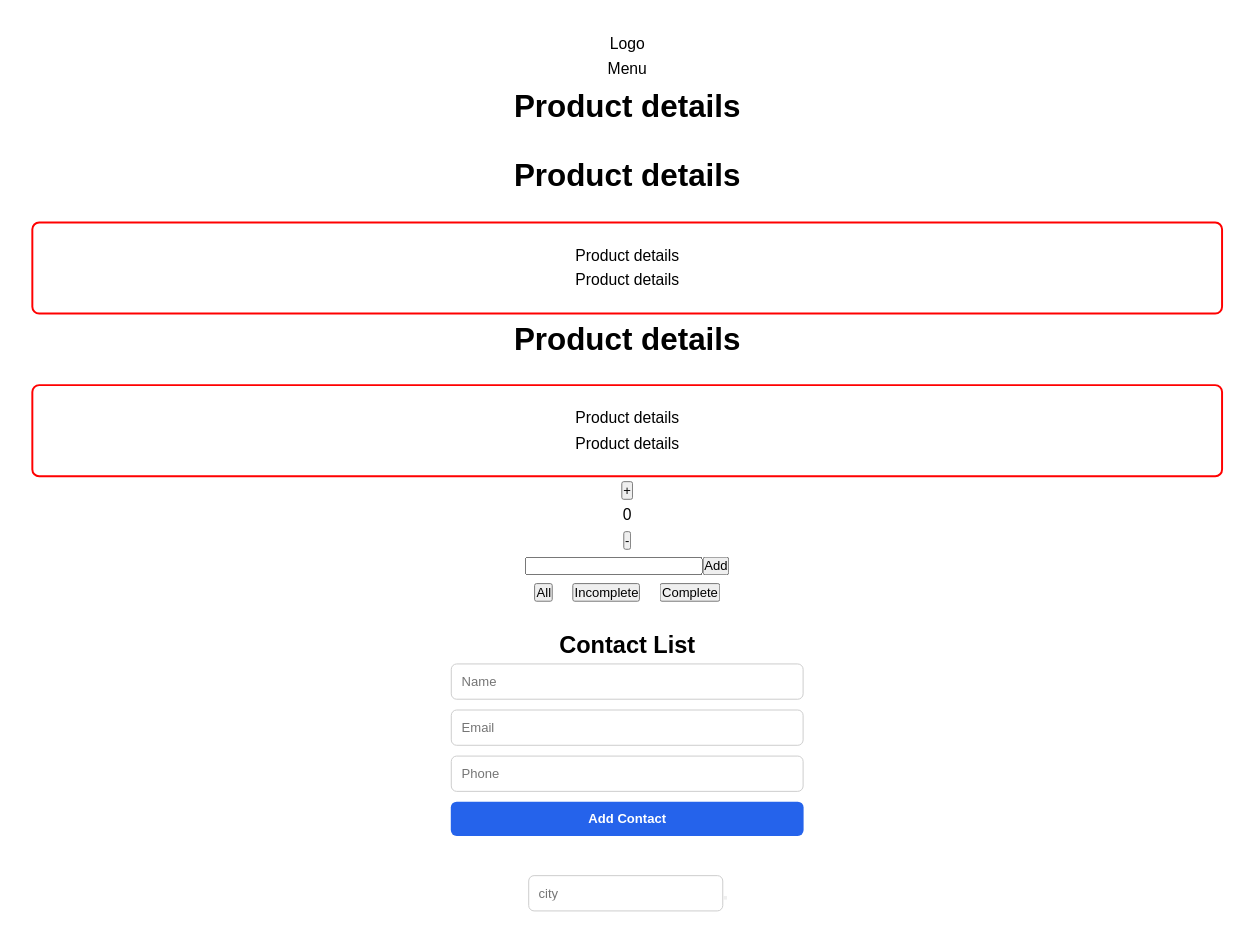
Repository: Manny1294/react-learning
Page: /
An editor plug-in stored every save of this project. The page is shown before and after the next save, followed by the edit.
The browser window is 1280 px wide. The pictures show the whole page, at 98% of full size.
The project was rebuilt for these pictures with package versions that can differ from the ones it lists, and the page was loaded fresh each time. Also part of the build but not shown: vite.config.js, src/components/Toggle.jsx, src/components/UserList.jsx.

Above is the page before, as saved 2026-02-04 10:53:05.

### index.html
<!doctype html>
<html lang="en">
  <head>
    <meta charset="UTF-8" />
    <link rel="icon" type="image/svg+xml" href="/vite.svg" />
    <meta name="viewport" content="width=device-width, initial-scale=1.0" />
    <title>my-react-lesson</title>
  </head>
  <body>
    <div id="root"></div>
    <script type="module" src="/src/main.jsx"></script>
  </body>
</html>

### src/index.css
* {
  margin: 0;
  padding: 0;
  box-sizing: border-box;
}

body {
  font-family: Arial, Helvetica, sans-serif;
  line-height: 1.6;
}

### src/App.jsx
import "./App.css";
import ProductCard from "./components/ProductCard";
import NavBar from "./components/NavBar";
import PerfumeImg from "./assets/perfume.jpg";
import Counter from "./components/Counter";
import Todos from "./components/TodoList";
import Toggle from "./components/Toggle";
import ContactList from "./components/ContactList";
import UserList from "./components/UserList";
import WeatherApp from "./components/WeatherApp";

export default function App() {
  const Product = {
    name: "beans",
    price: "200",
    image: PerfumeImg,
    description: "Nigerian-made long grain rice",
  };
  const Product2 = {
    name: "orange",
    price: "700",
    image: PerfumeImg,
    description: "home made orange",
  };
  return (
    <div>
      <NavBar />
      <h1 style={{ marginBottom: "20px" }}>Product details</h1>
      <ProductCard
        name={Product.name}
        price={Product.price}
        image={Product.image}
        description={Product.description}
      />
      <ProductCard
        name={Product2.name}
        price={Product2.price}
        image={Product2.image}
        description={Product2.description}
      />
      <Counter />
      <Todos />
      {/* <Toggle /> */}
      <ContactList />
      {/* <UserList /> */}
      <WeatherApp />
    </div>
  );
}

// export default App;

### src/components/ProductCard.jsx
import "./ProductCard.css";

function ProductCard() {
  return (
    <>
      <h1 style={{ marginBottom: "20px" }}>Product details</h1>
      <div className="card">
        {/* left- pictures */}
        <div>
          <p>Product details</p>
        </div>
        <div>
          <p>Product details</p>
        </div>
      </div>
    </>
  );
}

export default ProductCard;

### src/components/NavBar.jsx
export default function NavBar() {
  return (
    <div>
      <div>
        <p>Logo</p>
      </div>
      <div>
        <p>Menu</p>
      </div>
    </div>
  );
}

### src/components/Counter.jsx
import { useState } from "react";
export default function Counter() {
  const [count, setCount] = useState(0);

  function increaseCount() {
    setCount(count + 1);
  }

  function decreaseCount() {
    if (count > 0) {
      setCount(count - 1);
    }
  }
  return (
    <>
      <button onClick={increaseCount}>+</button>
      <p>{count}</p>
      <button onClick={decreaseCount}>-</button>
    </>
  );
}

### src/components/TodoList.jsx
import { useState } from "react";

export default function Todos() {
  const [todos, setTodos] = useState([]);
  // to track changes when typing in the input textbox
  const [input, setInput] = useState("");

  const [filter, setFilter] = useState("all");

  // to add todo item to the todos object array and clear the input to an empty string afterwards
  function addTodos() {
    setTodos([...todos, { text: input, completed: false }]);
    setInput("");
  }

  // to delete each todo item by filtering through the index
  function deleteTodo(index) {
    setTodos(todos.filter((_, i) => i !== index));
  }

  // to strike through a completed todo item using the index as identifier
  function toggleComplete(index) {
    setTodos(
      todos.map((todo, i) =>
        // confirm if it's the todo we click on and change status if not leave as it is
        i === index ? { ...todo, completed: !todo.completed } : todo,
      ),
    );
  }

  // logic to filter the todos based on their status
  let filteredTodos;
  if (filter === "all") {
    filteredTodos = todos;
  } else if (filter === "complete") {
    filteredTodos = todos.filter((todo) => todo.completed === true);
  } else if (filter === "incomplete") {
    filteredTodos = todos.filter((todo) => todo.completed === false);
  }

  return (
    <>
      <div>
        <input
          type="text"
          value={input}
          onChange={(event) => {
            console.log("Typing:", event.target.value);
            setInput(event.target.value);
          }}
        ></input>

        <button onClick={addTodos}>Add</button>
        <div
          style={{
            display: "flex",
            gap: "20px",
            alignItems: "center",
            justifyContent: "center",
            margin: "5px",
          }}
        >
          {/* buttons to filter the different starus of todo. items */}
          <button onClick={() => setFilter("all")}>All</button>
          <button onClick={() => setFilter("incomplete")}>Incomplete</button>
          <button onClick={() => setFilter("complete")}>Complete</button>
        </div>

        {/* conditional rendering */}
        {filteredTodos.map((todo, index) => (
          <li
            key={index}
            onClick={() => toggleComplete(index)}
            style={{
              textDecoration: todo.completed ? "line-through" : "none",
              color: todo.completed ? "red" : "black",
              cursor: "pointer",
            }}
          >
            {todo.text}
            <button
              onClick={(e) => {
                e.stopPropagation();
                deleteTodo(index);
              }}
            >
              Delete
            </button>
          </li>
        ))}
      </div>
    </>
  );
}

### src/components/ContactList.jsx
import { useState } from "react";

export default function ContactList() {
  // store all contacts in an array list
  const [contacts, setContacts] = useState([]);

  // Object to track what the user is currently typing in each input field
  const [input, setInput] = useState({ name: "", email: "", phone: "" });

  //   to spread the existing contacts and add the new entry amd also clear the input after adding new entry
  function addContact() {
    setContacts([...contacts, input]);
    setInput({ name: "", email: "", phone: "" });
  }

  return (
    <>
      <div style={{ padding: "20px", maxWidth: "400px", margin: "0 auto" }}>
        <h2>Contact List</h2>

        <div style={{ display: "flex", flexDirection: "column", gap: "10px" }}>
          <input
            type="text"
            placeholder="Name"
            value={input.name}
            onChange={(event) =>
              // when user types, spread existing input object and only update the name property
              setInput({ ...input, name: event.target.value })
            }
            style={{
              padding: "10px",
              borderRadius: "6px",
              border: "1px solid #ccc",
            }}
          />

          <input
            type="text"
            placeholder="Email"
            value={input.email}
            onChange={(event) =>
              setInput({ ...input, email: event.target.value })
            }
            style={{
              padding: "10px",
              borderRadius: "6px",
              border: "1px solid #ccc",
            }}
          />

          <input
            type="number"
            placeholder="Phone"
            value={input.phone}
            onChange={(event) =>
              setInput({ ...input, phone: event.target.value })
            }
            style={{
              padding: "10px",
              borderRadius: "6px",
              border: "1px solid #ccc",
            }}
          />

          <button
            onClick={addContact}
            style={{
              padding: "10px",
              background: "#2563eb",
              color: "white",
              border: "none",
              borderRadius: "6px",
              cursor: "pointer",
              fontWeight: "600",
            }}
          >
            Add Contact
          </button>
        </div>

        {/* Display contacts */}
        <ul style={{ listStyle: "none", marginTop: "20px", padding: 0 }}>
          {contacts.map((contact, index) => (
            <li
              key={index}
              style={{
                border: "1px solid #e0e0e0",
                borderRadius: "8px",
                padding: "12px",
                marginBottom: "10px",
                display: "flex",
                justifyContent: "space-between",
                alignItems: "center",
              }}
            >
              <div>
                <p style={{ margin: "4px 0", fontWeight: "600" }}>
                  {contact.name}
                </p>

                <p style={{ margin: "4px 0", color: "#666", fontSize: "14px" }}>
                  {contact.email}
                </p>

                <p style={{ margin: "4px 0", color: "#666", fontSize: "14px" }}>
                  {contact.phone}
                </p>
              </div>

              <button
                onClick={() =>
                  setContacts(contacts.filter((_, i) => i !== index))
                }
                style={{
                  background: "#ef4444",
                  color: "white",
                  border: "none",
                  borderRadius: "6px",
                  padding: "6px 12px",
                  cursor: "pointer",
                }}
              >
                Delete
              </button>
            </li>
          ))}
        </ul>
      </div>
    </>
  );
}

### src/components/WeatherApp.jsx
import { useState } from "react";
import axios from "axios";

export default function WeatherApp() {
  const [weather, setWeather] = useState(null); // an object -null until i fetch
  const [city, setCity] = useState(""); // a string
  const [loading, setLoading] = useState(true);

  function fetchWeather() {
    setLoading(true);
    axios
      .get(
        "https://api.openweathermap.org/data/2.5/weather?q={city}&APPID=8c99ea5adb81765db0a5e24e8cdedc69",
      )
      .then((res) => {
        setWeather(res.data);
        loading(false);
      });
  }
  return (
    <>
      <input
        type="text"
        placeholder="city"
        style={{
          padding: "10px",
          borderRadius: "6px",
          border: "1px solid #ccc",
        }}
      />

      <button></button>
    </>
  );
}

### src/components/ProductCard.css
.card {
  border: 2px solid hsl(0, 100%, 50%);
  padding: 20px;
  border-radius: 8px;
}

Loaded but not shown: src/main.jsx (common file); src/App.css (common file)

After the next save:
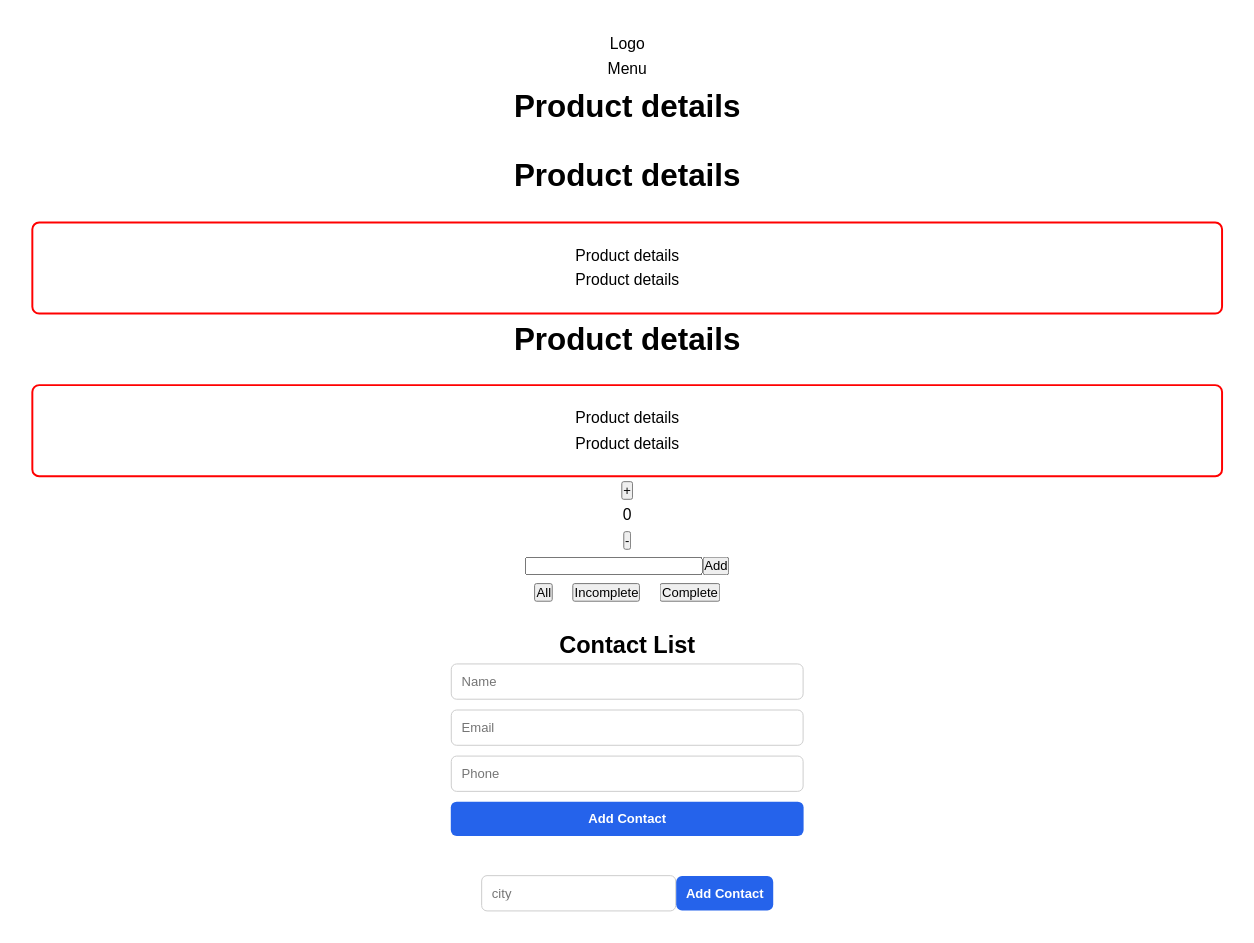
Saved 33 s later.
--- a/src/components/WeatherApp.jsx
+++ b/src/components/WeatherApp.jsx
@@ -29,7 +29,20 @@ export default function WeatherApp() {
         }}
       />
 
-      <button></button>
+      <button
+        onClick={fetchWeather}
+        style={{
+          padding: "10px",
+          background: "#2563eb",
+          color: "white",
+          border: "none",
+          borderRadius: "6px",
+          cursor: "pointer",
+          fontWeight: "600",
+        }}
+      >
+        Add Contact
+      </button>
     </>
   );
 }
